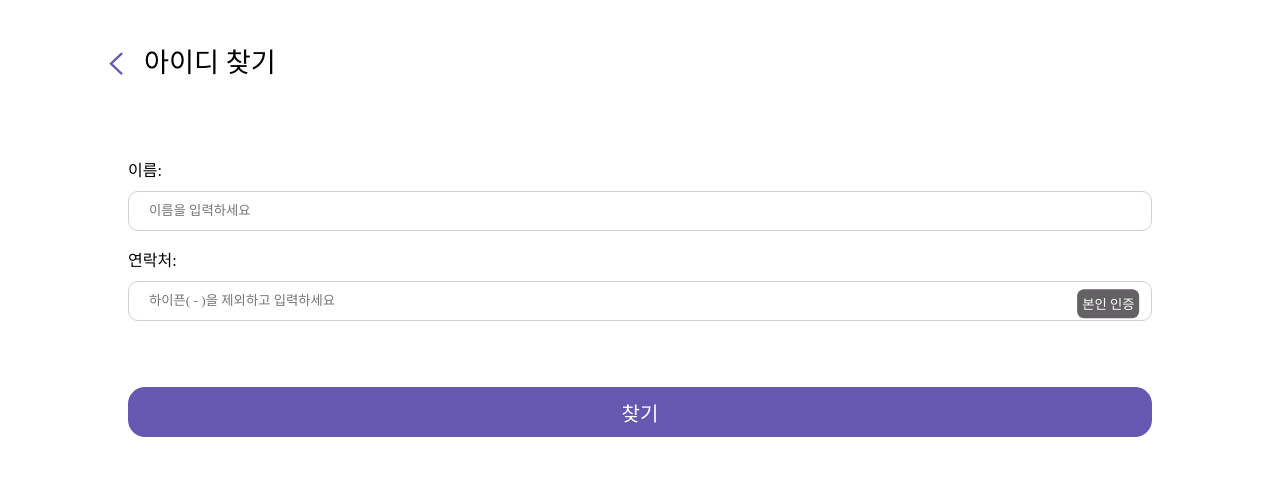
Repository: PEPI-dev/UI
Page: find_id_pw/findId.html
The author's editor kept a copy of each file at every save. The page is drawn from the files as they stood at one save, then again after the next save.
The browser window is 1280 px wide. The pictures show the whole page.
Some web fonts or font styles are not loaded; a fallback is used.

Above is the page before, as saved 2023-12-05 16:41:18.

### find_id_pw/findId.html
<!DOCTYPE html>
<html lang="en">

<head>
    <meta charset="UTF-8">
    <meta name="viewport" content="width=device-width, initial-scale=1.0">
    <title>아이디 찾기</title>
    <link rel="stylesheet" href="../userFrame.css">
    <link rel="stylesheet" href="./findId.css">
    <link rel="stylesheet" type="text/css" href="../a_XEIcon-2.2.0/xeicon.min.css">
</head>

<body>

    <header>
        <i class="xi-angle-left" id="back"></i>
        <span class="title">아이디 찾기</span>
    </header>

    <form class="form_class" action="#">
        <input type="hidden" id="check" value="n">
    <div class="container">
        <p class="display">
            <!-- onclick 추가 -->
            <label for="userid" class="txt_input">이름:</label><input class="search" id="username" placeholder="이름을 입력하세요" maxlength="15">
        </p>

        <!-- 버튼 type=button으로 추가, onclick 추가 -->
        <p class="display"><label for="hp" class="txt_input">연락처:</label>
            <input class="search" id="hp" type="text" placeholder="하이픈( - )을 제외하고 입력하세요" maxlength="11"><button type="button" class="btn_inside"
                id="phone_check" onclick="openPopup()">본인 인증</button>
        </p>

        <button class="purple button">찾기</button>

    </div>


        </form>

    <script>
        // 이전 페이지로 돌아가기
        function backPage() {
            window.history.back()
        }
    </script>
</body>

</html>

### userFrame.css
/*색상*/
.purple {
    background-color: #6658B1;
}

.gold {
    background-color: #EF9E3E;
}

.yellow {
    background-color: #F6C080;
}

/*폰트 -> 이거만 사용, 이미 적용시켜놨어용*/
@font-face {
    font-family: 'Pretendard-Regular';
    src: url('https://cdn.jsdelivr.net/gh/Project-Noonnu/noonfonts_2107@1.1/Pretendard-Regular.woff') format('woff');
    font-weight: 400;
    font-style: normal;
}

* {
    font-family: 'Pretendard-Regular';
}
/*기본 설정*/
html {
    font-size: 16px;
    box-sizing: border-box;
}

body, header, footer{
    width: 100%;
    font-size: 1rem;
    margin: 0;
    padding: 0;
    box-sizing: border-box;
}

header {
    padding: 30px;
    padding-left: 8%;
    padding-top: 50px;
    display: flex;
    font-size: 1.7rem;
    font-weight: 500;
    line-height: 1.7rem;
}

.title{
    margin-left: 0.9rem;
}

.container{
    width: 80%;
    margin: auto;
    padding: 0;
    box-sizing: border-box;
}
/*검색창, 입력창*/
.search {
    border: 1px solid #d1d0d0;
    border-radius: 10px;
    width: 100%;
    height: 40px;
    padding: 5px 20px;
    box-sizing: border-box;
}
/*뒤로가기 버튼*/
.xi-angle-left {
    color: #6658B1;
}
/*기본 버튼*/
.button {
    color: white;
    font-size: 20px;
    font-weight: 500;
    border-radius: 17px;
    border: 0px;
    width: 100%;
    height: 50px;
    margin-top: 50px;
}

footer {
    height: 60px;
}

### find_id_pw/findid.css
.btn_inside{
    width: fit-content;
    text-wrap: nowrap; /*버튼 크기가 텍스트 사이즈에 맞게 커지도록 설정, 텍스트가 밑으로 가지 않고 옆으로 가게끔*/
    background-color: #636163;
    color: white;
    font-weight: 500;
    border-radius: 7px;
    border: 0px;
    position: absolute;
    padding: 5px;
    position: absolute;
    transform: translate(-120%, 63%);
}

input {
    width: 80%;
    margin-top: 10px;
    position: relative;
}

.container{
    margin-top: 50px;
}

Loaded but not shown: a_XEIcon-2.2.0/xeicon.min.css (library)

After the next save:
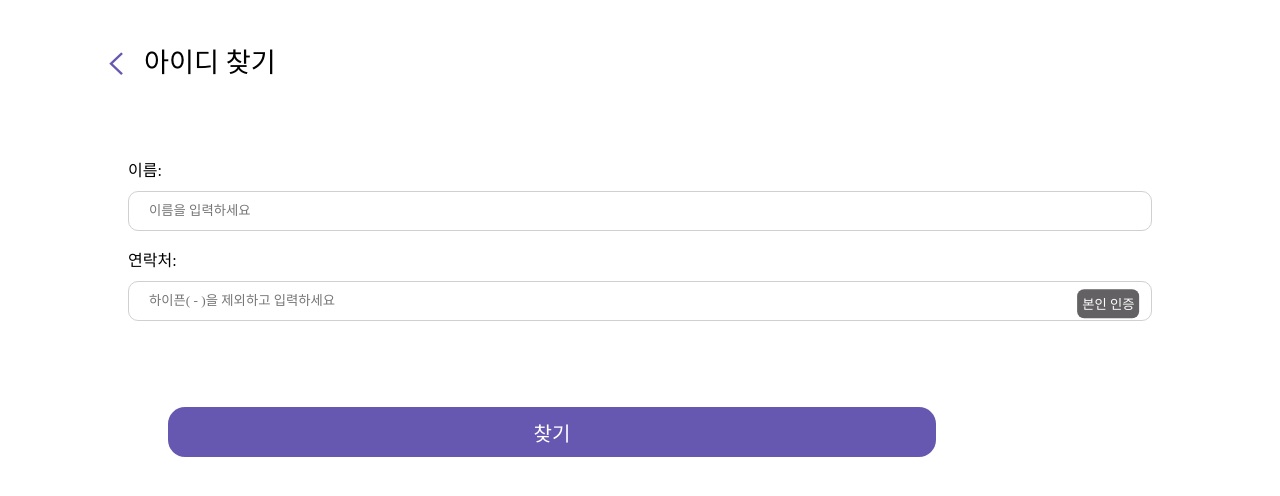
Saved 16 s later.
--- a/find_id_pw/findid.css
+++ b/find_id_pw/findid.css
@@ -21,3 +21,9 @@ input {
 .container{
     margin-top: 50px;
 }
+
+.button{
+    width: 75%;
+    margin-top: 70px;
+    margin-left: 40px;
+}
